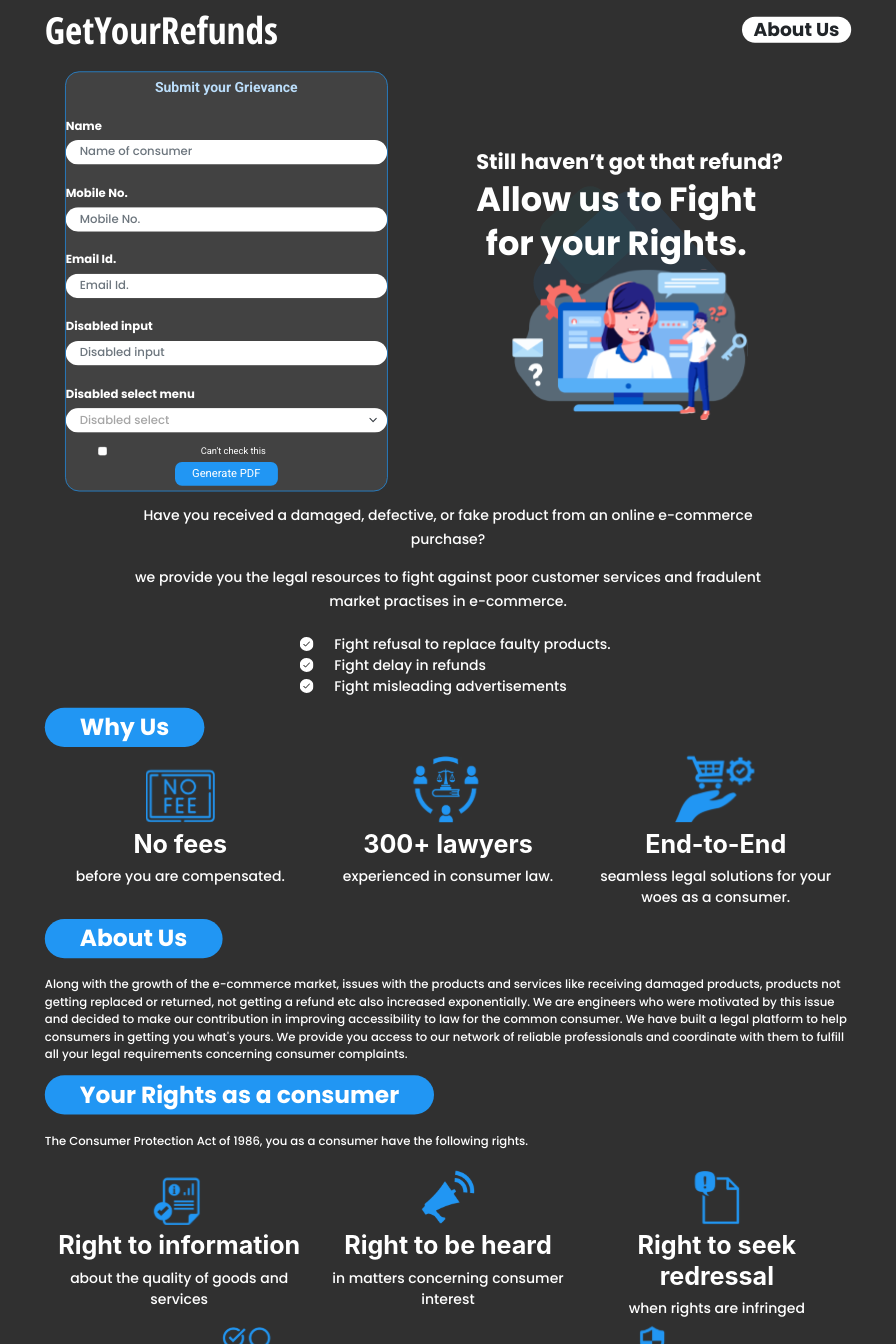
Repository: Eren00Yeager/initial-survey
Page: /consumer-complaints
The author's editor kept a copy of each file at every save. The page is drawn from the files as they stood at one save, then again after the next save.
The browser window is 1280 px wide. The pictures show the part of the page from y = 0 to 1920 px (the page is 2821 px tall before and 2786 px after), at 70% of full size.
Some web fonts or font styles are not loaded; a fallback is used. The project was rebuilt for these pictures with package versions that can differ from the ones it lists, and the page was loaded fresh each time. The framework's server and built-in components were replaced by stand-ins that run in the browser. Also part of the build but not shown: next.config.js.

Above is the page before, as saved 2022-07-14 12:15:22.

### pages/consumer-complaints.jsx
import Head from "next/head";
import Image from "next/image";
import consumerStyles from "../styles/consumer.module.css";
import svg from "../pic/mark.svg";
import im from "../pic/i2.svg";
import i1 from "../pic/nofee.svg";
import i2 from "../pic/law.svg";
import i3 from "../pic/end2.svg";
import j1 from "../pic/info.svg";
import j2 from "../pic/heard.svg";
import j3 from "../pic/seek.svg";
import j4 from "../pic/free.svg";
import j5 from "../pic/safe.svg";
import a from "../pic/carrow.svg";
import f from "../pic/foot.svg";
import z1 from "../pic/in.svg";
import z2 from "../pic/tweet.svg";
import z3 from "../pic/mail.svg";
import { Col, Row, Form, Button, Accordion } from 'react-bootstrap';
import { useState, useEffect } from "react";


export default function consumer() {

    const [name, setName] = useState('');
    const [mobile, setMobile] = useState('');
    const [email, setEmail] = useState('');
    const [problem, setProblem] = useState('');
    const [error, seterror] = useState('');
    const [st, setst] = useState(false);
    const emailValidation = () => {
        const regex = /^(([^<>()[\]\.,;:\s@\"]+(\.[^<>()[\]\.,;:\s@\"]+)*)|(\".+\"))@(([^<>()[\]\.,;:\s@\"]+\.)+[^<>()[\]\.,;:\s@\"]{2,})$/i;
        if (!email || regex.test(email) === false) {

            seterror("Email is not valid");

            return false;
        }
        return true;
    }
    const submitHandler = async (e) => {
        e.preventDefault();

        console.log([name, mobile, email, problem])
        if (emailValidation()) {
            try {
                const response = await fetch("/api/consumersheet", {
                    method: "POST",
                    body: JSON.stringify({ name, mobile, email, problem }),
                    headers: {
                        'Content-Type': 'application/json',
                    },
                })
                if (await response.status == 201) {
                    setst(true)
                } else {
                    throw response.json()
                }


            } catch (e) {
                console.log(e)
                alert("There was an error in submitting\nPlease try again")
                setName('');
                setMobile('');
                setEmail('');
                setProblem('');
                setst(false);
            }
        }
    }

    const [windowSize, setWindowSize] = useState({
        width: "",
        height: "",
    });

    useEffect(() => {
        // only execute all the code below in client side
        if (typeof window !== 'undefined') {
            // Handler to call on window resize
            function handleResize() {
                // Set window width/height to state
                setWindowSize({
                    width: window.innerWidth,
                    height: window.innerHeight,
                });
            }

            // Add event listener
            window.addEventListener("resize", handleResize);

            // Call handler right away so state gets updated with initial window size
            handleResize();

            // Remove event listener on cleanup
            return () => window.removeEventListener("resize", handleResize);
        }
    }, []); // Empty array ensures that effect is only run on mount
    function handleScroll() {
        window.scroll({
            top: document.body.offsetHeight,
            left: 0,
            behavior: 'smooth',
        });
    }

    const thnk = (
        <div className={consumerStyles.tnk}>
            <div className={consumerStyles.thank}>Thank you for
                signing up with us.
                We will soon
                reach out to you.</div>
        </div>
    )
    const frm = (
        <Form className={consumerStyles.frm} onSubmit={submitHandler}>
            <div className={consumerStyles.grev}>
                Submit your Grievance
            </div>
            {/* <div className={consumerStyles.details}> */}

            <Form.Group className={consumerStyles.det}>
                <Form.Label className={consumerStyles.nam}>Name</Form.Label>
                <Form.Control className={consumerStyles.plc} type="text" placeholder="Name of consumer" />
            </Form.Group>

            <Form.Group className={consumerStyles.det} >
                <Form.Label className={consumerStyles.nam}>Mobile No.</Form.Label>
                <Form.Control className={consumerStyles.plc} type="Mobile No." pattern="[0-9]{10}" placeholder="Mobile No." onChange={(e) => setMobile(e.target.value)} />
            </Form.Group>

            <Form.Group className={consumerStyles.det} >
                <Form.Label className={consumerStyles.nam}>Email Id.</Form.Label>
                <Form.Control className={consumerStyles.plc} type="text" placeholder="Email Id." onChange={(e) => setMobile(e.target.value)} />
            </Form.Group>

            <Form.Group className={consumerStyles.det}>
                <Form.Label className={consumerStyles.nam}>Disabled input</Form.Label>
                <Form.Control className={consumerStyles.plc} placeholder="Disabled input" />
            </Form.Group>
            <Form.Group className={consumerStyles.det}>
                <Form.Label className={consumerStyles.nam}>Disabled select menu</Form.Label>
                <Form.Select className={consumerStyles.plc}>
                    <option>Disabled select</option>
                    <option>dsafjn</option>
                    <option>kskjdjnfojn</option>
                </Form.Select>
            </Form.Group>
            <Form.Group className={consumerStyles.terms} >
                <Form.Check type="checkbox" label="Can't check this" />
                <Button variant="primary" className={consumerStyles.sub} >
                    Generate PDF
                </Button>
            </Form.Group>

            {/* </div> */}
            {/* <div className={consumerStyles.terms}>
                <input className={consumerStyles.sub} type="submit" value="SUBMIT"></input>
            </div> */}
        </Form>
    )
    return (
        <div className={consumerStyles.s}>
            <Head>
                <title>Consumer Complaints</title>
                <meta name="description" content="" />
                <link rel="icon" href="/favicon.ico" />
                <link href='https://fonts.googleapis.com/css?family=Open Sans Condensed:700' rel='stylesheet'></link>
            </Head>

            <div className={consumerStyles.container}>

                <div className={consumerStyles.head}>
                    <div className={consumerStyles.hd}>
                        GetYourRefunds
                    </div>

                    <div>
                        <a href="#about-us" className={consumerStyles.btn} onClick={handleScroll}>About Us</a>
                    </div>
                </div>
                <div className={consumerStyles.main}>

                    {st ? thnk : frm}
                    <div className={consumerStyles.tct}>
                        <div className={consumerStyles.py} style={windowSize.width > 900 ? { position: "relative", width: "32.552vw" } : { position: "relative", width: "250px" }} >
                            <Image src={im} layout="responsive" />
                        </div>
                        <div className={consumerStyles.t1}>
                            <div className={consumerStyles.title}>
                                <div className={consumerStyles.title2}>
                                    Still haven’t got that refund?
                                </div>

                                <div className={consumerStyles.title1}>
                                    Allow us to Fight <br></br>for your Rights.
                                </div>
                            </div>
                        </div>

                    </div>

                </div>

                <div className={consumerStyles.fo}>

                    <div className={consumerStyles.mid}>
                        Have you received a damaged, defective, or fake product from an online e-commerce purchase?
                    </div>
                    <div className={consumerStyles.mid}>
                        we provide you the legal resources to fight against
                        poor customer services and fradulent market practises in
                        e-commerce.
                    </div>
                    <div className={consumerStyles.points}>
                        <div>
                            <div className={consumerStyles.p}>
                                <div className={consumerStyles.i}>
                                    <Image src={svg} />
                                </div>
                                <div className={consumerStyles.t}>
                                    Fight refusal to replace faulty products.
                                </div>
                            </div>
                            <div className={consumerStyles.p}>
                                <div className={consumerStyles.i}>
                                    <Image src={svg} />
                                </div>
                                <div className={consumerStyles.t}><div>Fight delay in refunds</div></div>
                            </div>
                            <div className={consumerStyles.p}>
                                <div className={consumerStyles.i}>
                                    <Image src={svg} />
                                </div>
                                <div className={consumerStyles.t}>
                                    Fight misleading advertisements
                                </div>
                            </div>
                        </div>
                    </div>

                </div>
                <div className={consumerStyles.sect}>
                    <div className={consumerStyles.sech}>Why Us</div>
                    <div className={consumerStyles.fwrap}>
                        <div className={consumerStyles.box}>
                            <div className={consumerStyles.bsvg} ><div style={windowSize.width > 900 ? { width: "7.747vw", position: "relative" } : { width: "30vw", position: "relative" }}><Image src={i1} layout="responsive"></Image></div></div>
                            <div className={consumerStyles.des}>
                                <span className={consumerStyles.des1}> No fees </span>
                                <span className={consumerStyles.des2}>before you are compensated.</span>
                            </div>
                        </div>
                        <div className={consumerStyles.box}>
                            <div className={consumerStyles.bsvg}> <div style={windowSize.width > 900 ? { width: "12.240vw", position: "relative" } : { width: "50vw", position: "relative" }}><Image src={i2} layout="responsive"></Image></div></div>
                            <div className={consumerStyles.des}>
                                <span className={consumerStyles.des1}>300+ lawyers </span>
                                <span className={consumerStyles.des2}>experienced in consumer law. </span>
                            </div>
                        </div>
                        <div className={consumerStyles.box}>
                            <div className={consumerStyles.bsvg}><div style={windowSize.width > 900 ? { width: "13.477vw", position: "relative" } : { width: "50vw", position: "relative" }}><Image src={i3} layout="responsive"></Image></div></div>
                            <div className={consumerStyles.des}>
                                <span className={consumerStyles.des1}>End-to-End</span>
                                <span className={consumerStyles.des2}>seamless legal solutions for your woes  as a consumer.</span>
                            </div>
                        </div>
                    </div>
                </div>
                <div className={consumerStyles.sect} id="about-us">
                    <div className={consumerStyles.sech}>About Us</div>
                    <div className={consumerStyles.abt}>Along with the growth of the e-commerce market, issues with the products and services like receiving damaged products, products not getting replaced or returned, not getting a refund etc also increased exponentially.  We are engineers who were motivated by this issue and decided to make our contribution in improving accessibility to law for the common consumer. We have built a legal platform to help consumers in getting you what's yours. We provide you access to our network of reliable professionals and coordinate with them to fulfill all your legal requirements concerning consumer complaints.   </div>
                </div>
                <div className={consumerStyles.sect}>
                    <div className={consumerStyles.sech}>Your Rights as a consumer</div>
                    <div className={consumerStyles.abt}>The Consumer Protection Act of  1986, you as a consumer have the following rights.</div>
                    <div className={consumerStyles.fwrap}>
                        <div className={consumerStyles.box}>
                            <div className={consumerStyles.bsvg} ><div style={windowSize.width > 900 ? { width: "6.120vw", position: "relative" } : { width: "30vw", position: "relative" }}><Image src={j1} layout="responsive"></Image></div></div>
                            <div className={consumerStyles.des}>
                                <span className={consumerStyles.des1}> Right to information </span>
                                <span className={consumerStyles.des2}>about the quality of goods and services</span>
                            </div>
                        </div>
                        <div className={consumerStyles.box}>
                            <div className={consumerStyles.bsvg} ><div style={windowSize.width > 900 ? { width: "9.440vw", position: "relative" } : { width: "50vw", position: "relative" }}><Image src={j2} layout="responsive"></Image></div></div>
                            <div className={consumerStyles.des}>
                                <span className={consumerStyles.des1}>Right to be heard </span>
                                <span className={consumerStyles.des2}>in matters concerning consumer interest </span>
                            </div>
                        </div>
                        <div className={consumerStyles.box}>
                            <div className={consumerStyles.bsvg} ><div style={windowSize.width > 900 ? { width: "12.891vw", position: "relative" } : { width: "70vw", position: "relative" }}><Image src={j3} layout="responsive"></Image></div></div>
                            <div className={consumerStyles.des}>
                                <span className={consumerStyles.des1}>Right to seek redressal</span>
                                <span className={consumerStyles.des2}> when rights are infringed</span>
                            </div>
                        </div>
                        <div className={consumerStyles.box}>
                            <div className={consumerStyles.bsvg} ><div style={windowSize.width > 900 ? { width: "7.161vw", position: "relative" } : { width: "30vw", position: "relative" }}><Image src={j4} layout="responsive"></Image></div></div>
                            <div className={consumerStyles.des}>
                                <span className={consumerStyles.des1}>Right to freely choose</span>
                                <span className={consumerStyles.des2}> from goods & services </span>
                            </div>
                        </div>
                        <div className={consumerStyles.box}>
                            <div className={consumerStyles.bsvg} ><div style={windowSize.width > 900 ? { width: "8.594vw", position: "relative" } : { width: "40vw", position: "relative" }}><Image src={j5} layout="responsive"></Image></div></div>
                            <div className={consumerStyles.des}>
                                <span className={consumerStyles.des1}>Right to safety</span>
                                <span className={consumerStyles.des2}> from hazardous goods & services</span>
                            </div>
                        </div>
                    </div>
                </div>
                <div className={consumerStyles.sect}>
                    <div className={consumerStyles.sech}>The Process</div>
                    <div className={consumerStyles.proc}>
                        <div className={consumerStyles.pr}>
                            <div className={consumerStyles.pu}>1) Inform us about your problem</div>
                            <div className={consumerStyles.pd}>Our legal advisory team will get in touch with you and collect the details regarding your issue.</div>
                        </div>
                        {windowSize.width > 900 ? <div style={{ width: "3.971vw", position: "relative" }}><Image src={a} layout="responsive"></Image></div> : ""}
                        <div className={consumerStyles.pr}>
                            <div className={consumerStyles.pu}>2) Filing a legal notice</div>
                            <div className={consumerStyles.pd}>Our legal team will then file a legal notice against the seller involved in the issue.</div>
                        </div>
                        {windowSize.width > 900 ? <div style={{ width: "3.971vw", position: "relative" }}><Image src={a} layout="responsive"></Image></div> : ""}
                        <div className={consumerStyles.pr}>
                            <div className={consumerStyles.pu}>3) Consumer Court</div>
                            <div className={consumerStyles.pd}>In case the company does not respond, our trusted network of lawyers will fight the case in consumer court and resolve the case.</div>
                        </div>

                    </div>
                </div>
                <div className={consumerStyles.sect}>
                    <div className={consumerStyles.sech}>FAQs</div>
                    <div className={consumerStyles.qa}>
                        <div className={consumerStyles.ques}>Q. What is the amount I have to pay to get my issue resolved?</div>
                        <div className={consumerStyles.ans}>A: You do not have to pay any fees upfront. A commission of 10% will be charged if we are successful in getting your issue resolved. This legal fees would also be compensated by the vendor against whom you are raising a complaint.</div>
                    </div>
                    <div className={consumerStyles.qa}>
                        <div className={consumerStyles.ques}>Q. How long does it take to resolve a consumer complaint ?</div>
                        <div className={consumerStyles.ans}>A: In some cases the company resolves the complaint within 15 days after they recieve the legal notice . If the company does not resolve the complaint, it may take on average 8-18 months to resolve the issue through consumer courts.</div>
                    </div>
                </div>
                <div className={consumerStyles.foot} >
                    <div className={consumerStyles.ab1}>
                        <div className={consumerStyles.ftxt}>GetYourRefunds</div>
                        <div className={consumerStyles.cprt}>© Copyright 2022</div>
                    </div>
                    <div className={consumerStyles.ab2}>
                        <a href="https://www.linkedin.com/company/getyourrefund/" style={windowSize.width > 900 ? { width: '3.255vw', position: 'relative' } : { width: '20vw', position: 'relative' }}><Image src={z1} layout='responsive'></Image></a>
                        <a href="https://twitter.com/getyourrefunds" style={windowSize.width > 900 ? { width: '3.255vw', position: 'relative' } : { width: '20vw', position: 'relative' }}><Image src={z2} layout='responsive'></Image></a>
                        <a href="mailto:getyourrefunds@gmail.com" style={windowSize.width > 900 ? { width: '3.255vw', position: 'relative' } : { width: '20vw', position: 'relative' }}><Image src={z3} layout='responsive'></Image></a>

                    </div>
                    {windowSize.width > 900 ? <div style={{ width: '100%', position: 'relative' }}>
                        <Image src={f} layout='responsive'></Image>
                    </div> : ""}

                </div>
            </div>
        </div>

    );
}

### styles/globals.scss
@import "~bootstrap/scss/bootstrap";
html,
body {
  padding: 0;
  margin: 0;
  font-family: -apple-system, BlinkMacSystemFont, Segoe UI, Roboto, Oxygen,
    Ubuntu, Cantarell, Fira Sans, Droid Sans, Helvetica Neue, sans-serif;
}

a {
  color: inherit;
  text-decoration: none;
}

* {
  box-sizing: border-box;
}

Loaded but not shown: pages/_app.js (common file); styles/consumer.module.css (969 lines, source omitted)

After the next save:
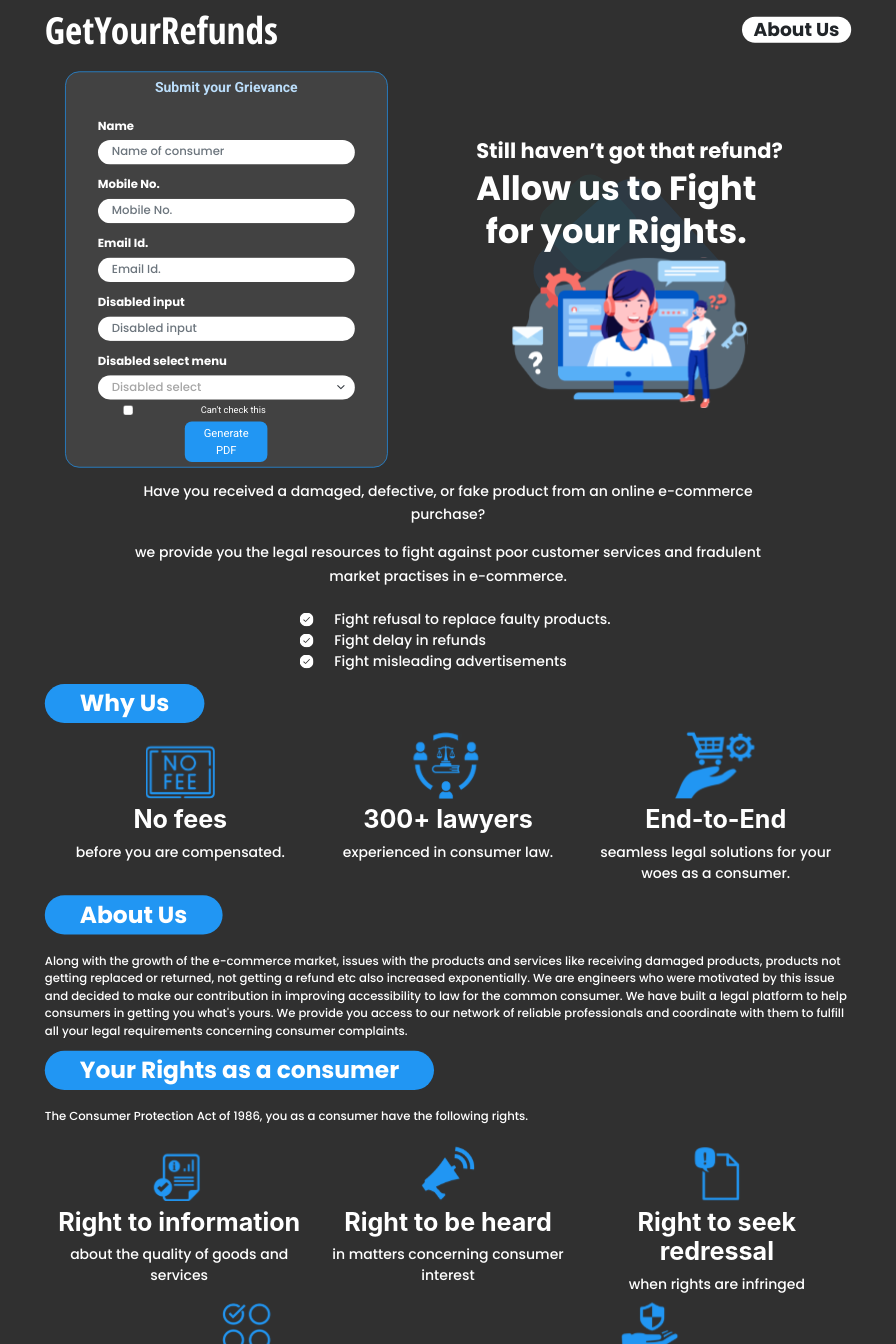
Saved 3 min 41 s later.
--- a/pages/consumer-complaints.jsx
+++ b/pages/consumer-complaints.jsx
@@ -118,7 +118,7 @@ export default function consumer() {
             <div className={consumerStyles.grev}>
                 Submit your Grievance
             </div>
-            {/* <div className={consumerStyles.details}> */}
+            <div className={consumerStyles.details}>
 
             <Form.Group className={consumerStyles.det}>
                 <Form.Label className={consumerStyles.nam}>Name</Form.Label>
@@ -154,7 +154,7 @@ export default function consumer() {
                 </Button>
             </Form.Group>
 
-            {/* </div> */}
+            </div>
             {/* <div className={consumerStyles.terms}>
                 <input className={consumerStyles.sub} type="submit" value="SUBMIT"></input>
             </div> */}
